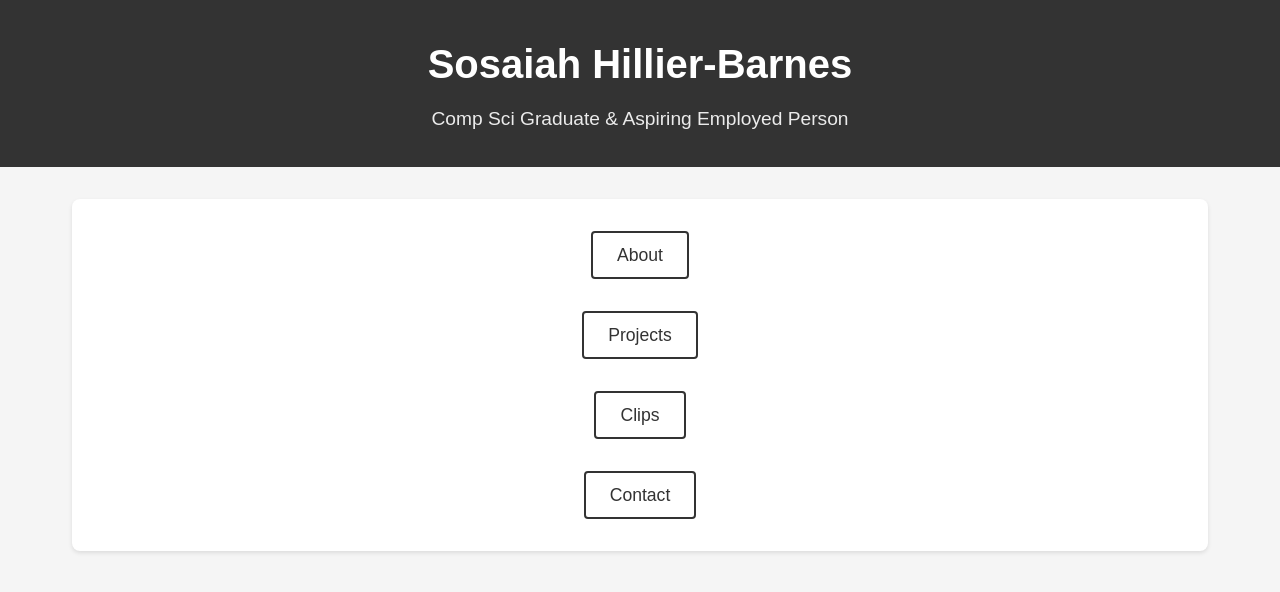
Repository: Hillier-Barnes/PortfolioWebsiteNew
Page: /
An editor plug-in stored every save of this project. The page is shown before and after the next save, followed by the edit.
The browser window is 1280 px wide. The pictures show the whole page.
The project was rebuilt for these pictures with package versions that can differ from the ones it lists, and the page was loaded fresh each time. Also part of the build but not shown: vite.config.js.

Above is the page before, as saved 2025-11-12 14:38:13.

### index.html
<!DOCTYPE html>
<html lang="en">
<head>
  <meta charset="UTF-8">
  <meta name="viewport" content="width=device-width, initial-scale=1">
  <title>My Portfolio</title>
  <link rel="stylesheet" href="styles.css">
</head>

<body>
  <header>
    <h1>Sosaiah Hillier-Barnes</h1>
    <p>Comp Sci Graduate &amp; Aspiring Employed Person</p>
  </header>

  <main class="container">
    <section class="projects" id="projects">
        <nav>
            <a href="#about">About</a>
            <a href="#projects">Projects</a>
            <a href="#clips">Clips</a>
            <a href="#contact">Contact</a>
          </nav>
    </section>
  </main>
</body>
</html>

### styles.css
/* Simple Reset */
* {
  margin: 0;
  padding: 0;
  box-sizing: border-box;
}

body {
  font-family: Arial, sans-serif;
  line-height: 1.6;
  color: #333;
  background-color: #f5f5f5;
}

/* Header */
header {
  background-color: #333;
  color: white;
  padding: 2rem;
  text-align: center;
}

header h1 {
  font-size: 2.5rem;
  margin-bottom: 0.5rem;
}

header p {
  font-size: 1.2rem;
  opacity: 0.9;
}

/* Container */
.container {
  max-width: 1200px;
  margin: 0 auto;
  padding: 2rem;
}

/* Navigation */
nav {
  display: flex;
  flex-direction: column;
  align-items: center;
  gap: 2rem;
  padding: 2rem;
  background-color: white;
  border-radius: 8px;
  box-shadow: 0 2px 4px rgba(0,0,0,0.1);
}


nav a {
  color: #333;
  text-decoration: none;
  font-size: 1.1rem;
  padding: 0.5rem 1.5rem;
  border: 2px solid #333;
  border-radius: 4px;
  transition: all 0.3s ease;
}

nav a:hover {
  background-color: #333;
  color: white;
}

/* Responsive */
@media (max-width: 768px) {
  header h1 {
    font-size: 2rem;
  }

  nav {
    flex-direction: column;
    gap: 1rem;
  }

  nav a {
    text-align: center;
  }
}

After the next save:
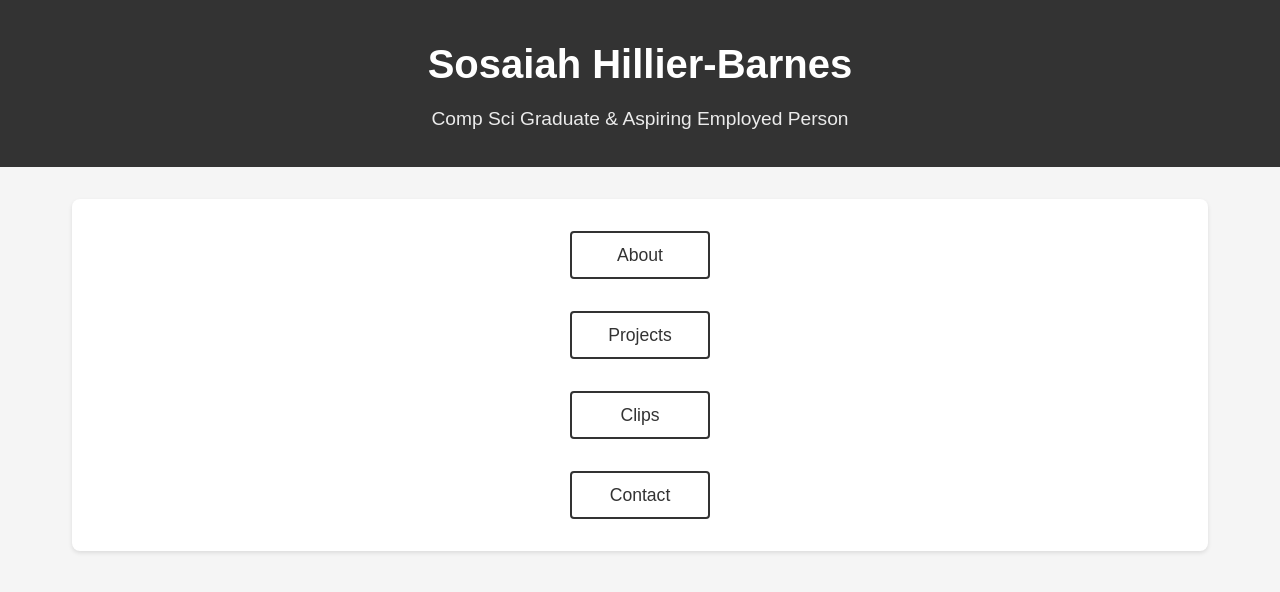
Saved 12 s later.
--- a/styles.css
+++ b/styles.css
@@ -58,6 +58,11 @@ nav a {
   border: 2px solid #333;
   border-radius: 4px;
   transition: all 0.3s ease;
+  flex: 1 1 0;
+  text-align: center;
+  min-width: 140px;
+  max-width: 140px;
+  box-sizing: border-box;
 }
 
 nav a:hover {
